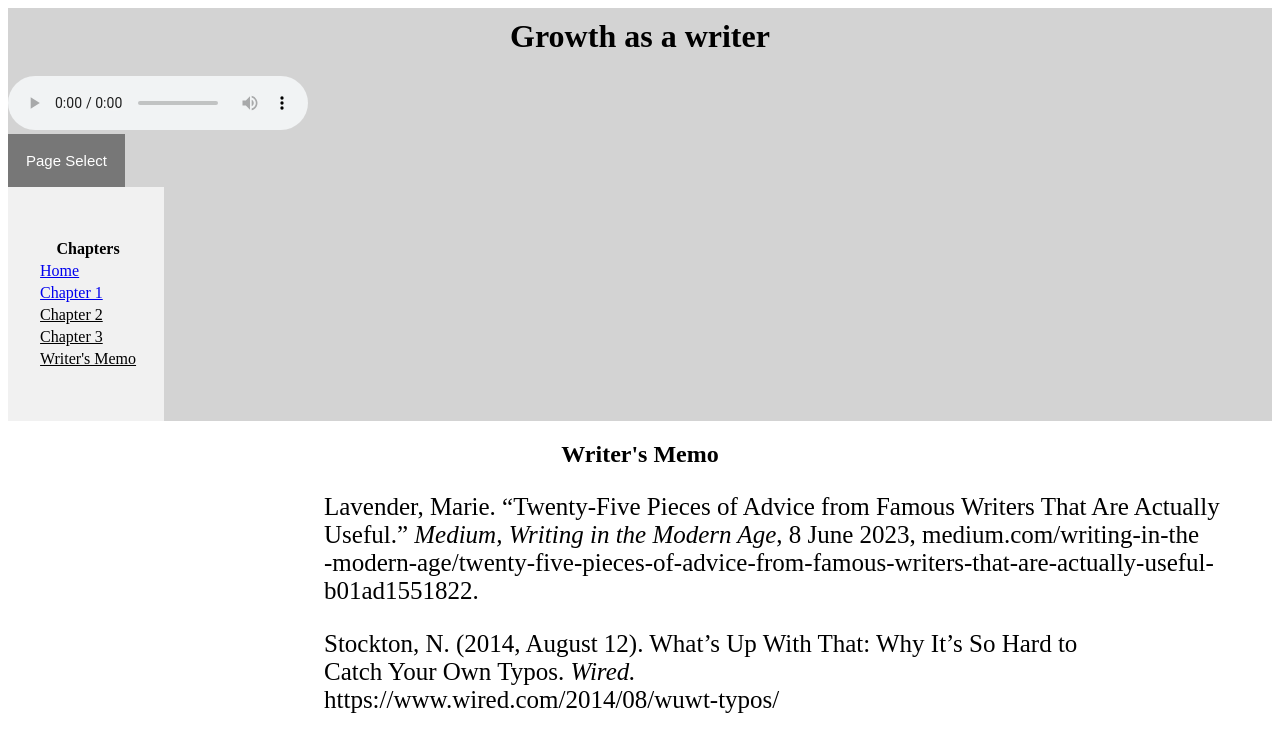
Repository: jpaisiem/WP-4
Page: WorksCited.html
An editor plug-in stored every save of this project. The page is shown before and after the next save, followed by the edit.
The browser window is 1280 px wide. The pictures show the whole page.

Above is the page before, as saved 2025-05-01 12:09:50.
Console error: TypeError: Cannot read properties of undefined (reading 'toggle')

After the next save:
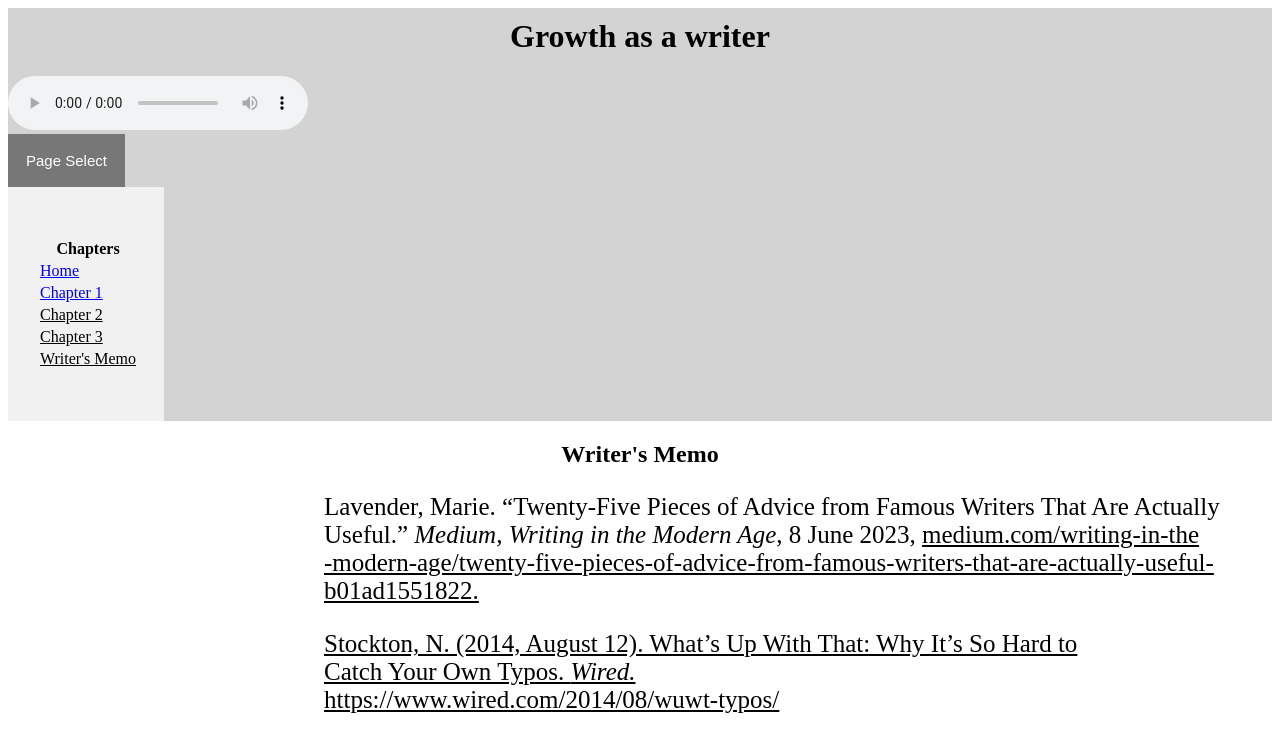
Saved 21 s later.
--- a/WorksCited.html
+++ b/WorksCited.html
@@ -81,7 +81,7 @@ li
      <h2 style="text-align: center;">Writer&apos;s Memo</h2>
      <p>
     Lavender, Marie. “Twenty-Five Pieces of Advice from Famous Writers That Are Actually <br>
-    Useful.” <i>Medium, Writing in the Modern Age</i>, 8 June 2023, medium.com/writing-in-the<br>
+    Useful.” <i>Medium, Writing in the Modern Age</i>, 8 June 2023, <u>medium.com/writing-in-the<br>
     -modern-age/twenty-five-pieces-of-advice-from-famous-writers-that-are-actually-useful-<br>
     b01ad1551822.<br>
 </p>
